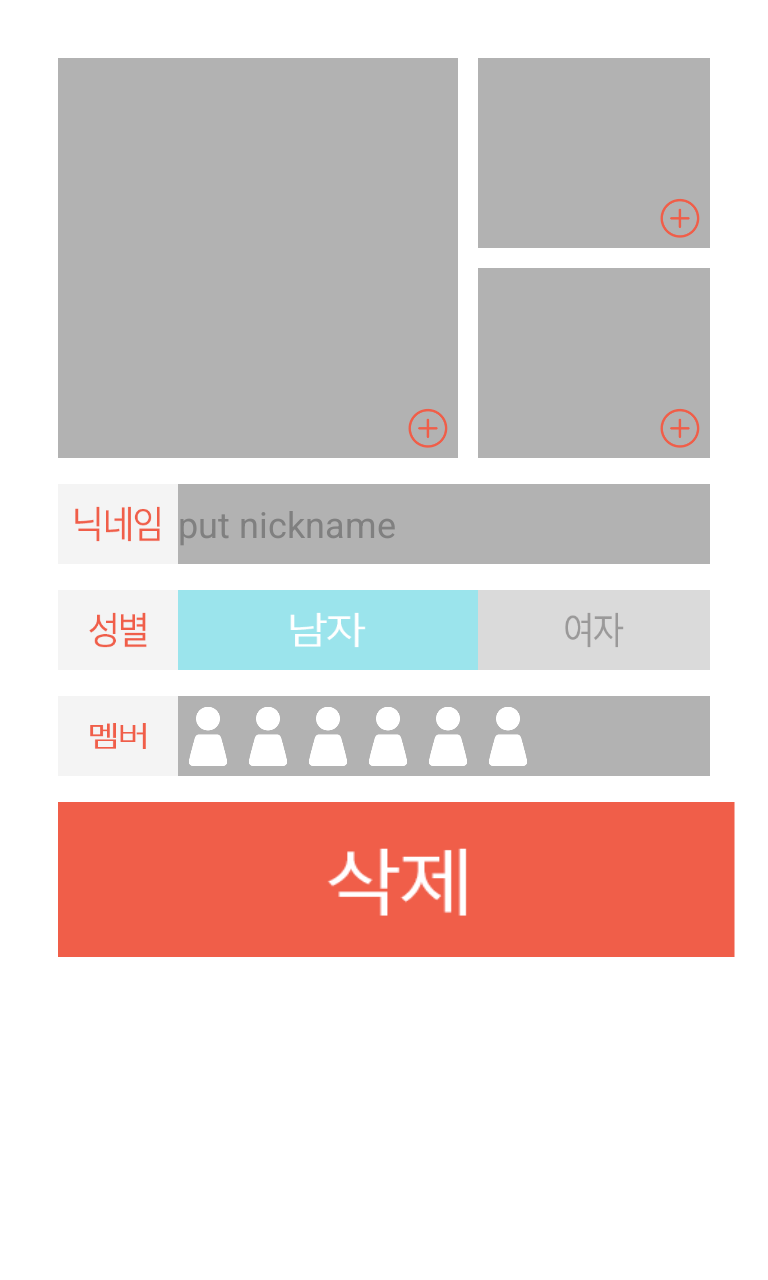
Repository: dokwon/mingle_final_client
Layout: mingle/res/layout/activity_main.xml
The author's editor kept a copy of each file at every save. The layout is drawn from the files as they stood at one save, then again after the next save.
It is drawn on a 768 x 1280 px phone screen (xhdpi) without system bars, with theme ProfileTheme; the app's code is not run. The app's manifest (not shown) leaves right-to-left support off. So textAlignment, textDirection and layoutDirection are ignored, and left and right values win over start and end ones.

Above is the layout before, as saved 2014-08-04 06:23:03.

### mingle/res/layout/activity_main.xml
<?xml version="1.0"?>

<RelativeLayout
  tools:context=".MainActivity"
  android:paddingBottom="@dimen/activity_vertical_margin"
  android:paddingTop="@dimen/activity_vertical_margin"
  android:paddingRight="@dimen/activity_horizontal_margin"
  android:paddingLeft="@dimen/activity_horizontal_margin"
  android:layout_height="match_parent"
  android:layout_width="match_parent"
  android:background="@color/titlebackgroundcolor"
  xmlns:tools="http://schemas.android.com/tools"
  xmlns:android="http://schemas.android.com/apk/res/android">

    <RelativeLayout
      android:id="@+id/center_wrapper"
	  android:layout_height="wrap_content"
	  android:layout_width="wrap_content"
	  android:background="@color/trans"
	  android:layout_centerInParent="true" />



	<!--

	+++++	PHOTO VIEWS   +++++

							-->
	<ImageView
	    android:id="@+id/photoView1"
	    android:layout_height="@dimen/photo_view_size"
	    android:layout_width="@dimen/photo_view_size"
	    android:layout_marginLeft="@dimen/option_margin"
	    android:layout_marginTop="@dimen/option_margin"
	    android:layout_alignParentStart="true"
	    android:layout_alignParentLeft="true"
	    android:theme="@style/PictureViewTheme"
	    android:cropToPadding="true"
	    android:contentDescription="@string/photo_description"
	    android:background="@color/photobackgroundcolor"
	    android:longClickable="false"
	    android:clickable="true" />

	<ImageView
	    android:id="@+id/photoView2"
	    android:layout_width="wrap_content"
	    android:layout_height="95dp"
	    android:layout_alignTop="@+id/photoView1"
	    android:layout_alignParentRight="true"
	    android:layout_marginRight="@dimen/option_margin"
	    android:layout_marginLeft="@dimen/photo_margin"
	    android:layout_toRightOf="@+id/photoView1"
	    android:adjustViewBounds="false"
	    android:background="@color/photobackgroundcolor"
	    android:baselineAlignBottom="false"
	    android:clickable="true"
	    android:contentDescription="@string/photo_description"
	    android:cropToPadding="true"
	    android:longClickable="false" />
	<ImageView
	    android:id="@+id/photoView3"
	    android:layout_height="wrap_content"
	    android:layout_width="wrap_content"
	    android:background="@color/photobackgroundcolor"
	    android:cropToPadding="true"
	    android:contentDescription="@string/photo_description"
	    android:clickable="true"
	    android:longClickable="false"
	    android:layout_alignRight="@+id/photoView2"
	    android:layout_alignBottom="@+id/photoView1"
	    android:layout_alignStart="@+id/photoView2"
	    android:layout_alignLeft="@+id/photoView2"
	    android:layout_below="@+id/photoView2"
	    android:layout_marginTop="@dimen/photo_margin"/>


	<!--

	+++++	ADD BUTTONS   +++++

							-->
	<ImageView
	    android:layout_height="20dp"
	    android:layout_width="20dp"
	    android:layout_marginRight="5dp"
	    android:layout_marginBottom="5dp"
	    android:layout_alignRight="@+id/photoView1"
	    android:layout_alignBottom="@+id/photoView1"
	    android:cropToPadding="true"
	    android:contentDescription="@string/erase_button_description"
	    android:background="@drawable/photo_plus"
	    android:longClickable="true"
	    android:id="@+id/add1"/>
	<ImageView
	    android:layout_height="20dp"
	    android:layout_width="20dp"
	    android:layout_marginRight="5dp"
	    android:layout_marginBottom="5dp"
	    android:layout_alignRight="@+id/photoView2"
	    android:layout_alignBottom="@+id/photoView2"
	    android:cropToPadding="true"
	    android:contentDescription="@string/erase_button_description"
	    android:background="@drawable/photo_plus"
	    android:longClickable="true"
	    android:id="@+id/add2"/>
	<ImageView
	    android:layout_height="20dp"
	    android:layout_width="20dp"
	    android:layout_marginRight="5dp"
	    android:layout_marginBottom="5dp"
	    android:layout_alignRight="@+id/photoView3"
	    android:layout_alignBottom="@+id/photoView3"
	    android:cropToPadding="true"
	    android:contentDescription="@string/erase_button_description"
	    android:background="@drawable/photo_plus"
	    android:longClickable="true"
	    android:id="@+id/add3"/>

	<!--

	+++++	NICKNAME  +++++

							-->

	<ImageView
	    android:id="@+id/nicknamelabel"
	    android:layout_width="@dimen/option_label_width"
	    android:layout_height="@dimen/option_label_height"
	    android:background="@drawable/nickname"
	    android:cropToPadding="true"
	    android:contentDescription="@string/photo_description"
	    android:longClickable="false"
	    android:layout_alignStart="@+id/photoView1"
	    android:layout_alignLeft="@+id/photoView1"
	    android:layout_below="@+id/photoView1"
	    android:layout_marginTop="@dimen/option_margin"/>

	<EditText
	    android:id="@+id/nicknameTextView"
	    android:layout_alignRight="@+id/photoView3"
	    android:layout_alignTop="@+id/nicknamelabel"
	    android:layout_alignBottom="@+id/nicknamelabel"
	    android:layout_toRightOf="@+id/nicknamelabel"
	    android:layout_width="wrap_content"
	    android:layout_height="wrap_content"
	    android:background="@color/photobackgroundcolor"
	    android:hint="@string/nickname_placeholder"
	    android:textAppearance="?android:attr/textAppearanceMedium"
	    android:imeActionLabel="@string/launch"
	    android:maxLength="10" />

	<!--

	+++++	SEX CHOICE   +++++

							-->

	<ImageView
	    android:layout_width="@dimen/option_label_width"
	    android:layout_height="@dimen/option_label_height"
	    android:background="@drawable/genderchoice"
	    android:cropToPadding="true"
	    android:contentDescription="@string/photo_description"
	    android:longClickable="false"
	    android:layout_alignStart="@+id/photoView1"
	    android:layout_alignLeft="@+id/photoView1"
	    android:layout_below="@+id/nicknamelabel"
	    android:id="@+id/sexlabel"
	    android:layout_marginTop="@dimen/option_margin"/>

	<Button
	    android:layout_height="wrap_content"
	    android:layout_width="wrap_content"
	    android:id="@+id/manbutton"
	    android:layout_centerHorizontal="true"
	    android:background="@drawable/genderchoice_man"
	    android:layout_alignTop="@+id/sexlabel"
	    android:layout_alignBottom="@+id/sexlabel"
	    android:layout_toRightOf="@+id/sexlabel"
	    android:layout_toLeftOf="@+id/photoView3"
	    android:onClick="SexOptionChanged"/>

	<Button
	    android:layout_height="wrap_content"
	    android:layout_width="wrap_content"
	    android:id="@+id/womanbutton"
	    android:layout_centerHorizontal="true"
	    android:background="@drawable/genderchoice_notwoman"
	    android:layout_alignTop="@+id/sexlabel"
	    android:layout_alignBottom="@+id/sexlabel"
	    android:layout_toRightOf="@+id/manbutton"
	    android:layout_alignRight="@+id/photoView3"
	    android:onClick="SexOptionChanged"/>


	<!--

	+++++	MEMBER NUM   +++++

							-->

	<ImageView
	    android:layout_width="@dimen/option_label_width"
	    android:layout_height="@dimen/option_label_height"
	    android:background="@drawable/member"
	    android:cropToPadding="true"
	    android:contentDescription="@string/photo_description"
	    android:longClickable="false"
	    android:layout_alignStart="@+id/photoView1"
	    android:layout_alignLeft="@+id/photoView1"
	    android:layout_below="@+id/sexlabel"
	    android:id="@+id/memberlabel"
	    android:layout_marginTop="@dimen/option_margin"/>
	<ImageView
	    android:layout_height="wrap_content"
	    android:layout_width="wrap_content"
	    android:id="@+id/member_background"
	    android:background="@color/photobackgroundcolor"
	    android:layout_alignTop="@+id/memberlabel"
	    android:layout_alignBottom="@+id/memberlabel"
	    android:contentDescription="@string/photo_description"
	    android:layout_toRightOf="@+id/memberlabel"
	    android:layout_alignRight="@+id/photoView3"/>
	<Button
	    android:layout_height="wrap_content"
	    android:layout_width="@dimen/member_icon_width"
	    android:id="@+id/member_1"
	    android:background="@drawable/peoplenumberpicon"
	    android:layout_alignTop="@+id/memberlabel"
	    android:layout_alignBottom="@+id/memberlabel"
	    android:layout_toRightOf="@+id/memberlabel"
	    android:layout_margin="@dimen/small_margin"
	    android:onClick="MemberNumberSelected"/>

	<Button
	    android:layout_height="wrap_content"
	    android:layout_width="@dimen/member_icon_width"
	    android:id="@+id/member_2"
	    android:background="@drawable/peoplenumberpicon"
	    android:layout_alignTop="@+id/memberlabel"
	    android:layout_alignBottom="@+id/memberlabel"
	    android:layout_toRightOf="@+id/member_1"
	    android:layout_margin="@dimen/small_margin"
	    android:onClick="MemberNumberSelected"/>
	<Button
	    android:layout_height="wrap_content"
	    android:layout_width="@dimen/member_icon_width"
	    android:id="@+id/member_3"
	    android:background="@drawable/peoplenumberpicon"
	    android:layout_alignTop="@+id/memberlabel"
	    android:layout_alignBottom="@+id/memberlabel"
	    android:layout_toRightOf="@+id/member_2"
	    android:layout_margin="@dimen/small_margin"
	    android:onClick="MemberNumberSelected"/>
	<Button
	    android:layout_height="wrap_content"
	    android:layout_width="@dimen/member_icon_width"
	    android:id="@+id/member_4"
	    android:background="@drawable/peoplenumberpicon"
	    android:layout_alignTop="@+id/memberlabel"
	    android:layout_alignBottom="@+id/memberlabel"
	    android:layout_toRightOf="@+id/member_3"
	    android:layout_margin="@dimen/small_margin"
	    android:onClick="MemberNumberSelected"/>
	<Button
	    android:layout_height="wrap_content"
	    android:layout_width="@dimen/member_icon_width"
	    android:id="@+id/member_5"
	    android:background="@drawable/peoplenumberpicon"
	    android:layout_alignTop="@+id/memberlabel"
	    android:layout_alignBottom="@+id/memberlabel"
	    android:layout_toRightOf="@+id/member_4"
	    android:layout_margin="@dimen/small_margin"
	    android:onClick="MemberNumberSelected"/>
	<Button
	    android:layout_height="wrap_content"
	    android:layout_width="@dimen/member_icon_width"
	    android:id="@+id/member_6"
	    android:background="@drawable/peoplenumberpicon"
	    android:layout_alignTop="@+id/memberlabel"
	    android:layout_alignBottom="@+id/memberlabel"
	    android:layout_toRightOf="@+id/member_5"
	    android:layout_margin="@dimen/small_margin"
	    android:onClick="MemberNumberSelected"/>




	<Button
	    android:layout_height="wrap_content"
	    android:layout_width="match_parent"
	    android:id="@+id/delete_button"
	    android:layout_alignLeft="@+id/photoView1"

	    android:layout_below="@+id/memberlabel"
	    android:layout_marginTop="@dimen/option_margin"
	    android:background="@drawable/deleteall"
	    android:onClick="userCreateButtonPressed"/>

	<Button
	    android:layout_height="wrap_content"
	    android:layout_width="wrap_content"
	    android:id="@+id/enter_button"
	    android:layout_alignRight="@+id/photoView3"
	   	android:layout_toRightOf="@+id/delete_button"
	    android:layout_alignTop="@+id/delete_button"
	    android:layout_marginLeft="@dimen/option_margin"
	    android:background="@drawable/enter"
	    android:onClick="userCreateButtonPressed"/>


</RelativeLayout>

### mingle/res/values/styles.xml
<resources>

    <!--
        Base application theme, dependent on API level. This theme is replaced
        by AppBaseTheme from res/values-vXX/styles.xml on newer devices.
    -->
    <style name="AppBaseTheme" parent="android:Theme.Light">
        <!--
            Theme customizations available in newer API levels can go in
            res/values-vXX/styles.xml, while customizations related to
            backward-compatibility can go here.
        -->
    </style>

    <!-- Application theme. -->
    <style name="AppTheme" parent="AppBaseTheme">
        <!-- All customizations that are NOT specific to a particular API-level can go here. -->
    </style>

    <!--  Title Bar Theme -->
    <style name="ProfileTheme" parent="android:Theme.Light">
        <item name="android:windowTitleSize">@dimen/title_bar_height</item>
        <item name="android:windowTitleBackgroundStyle">@style/WindowTitleBackground</item>
	</style>



    <!--  Chat Room Theme -->
	<style name="ChatRoomTheme" parent="android:Theme.Light">
        <item name="android:windowTitleSize">50dp</item>
        <item name="android:windowTitleBackgroundStyle">@style/WindowTitleBackground</item>
	</style>

	<!--  Photo View Theme -->
	<style name="PictureViewTheme">

    	<item name="android:background">#FFEAEAEA</item>
	</style>

    <style name="WindowTitleBackground">
        <item name="android:background">@color/titlebackgroundcolor</item>
    </style>

    <!--  Swipe list view theme -->
	<style name="MyListBackContent">
       <item name="android:layout_width">fill_parent</item>
       <item name="android:layout_height">fill_parent</item>
       <item name="android:background">@drawable/background_back</item>
       <item name="android:gravity">right</item>
   </style>

   <style name="MyListFrontContent">
       <item name="android:layout_width">fill_parent</item>
       <item name="android:layout_height">fill_parent</item>
       <item name="android:background">@drawable/background_front</item>
       <item name="android:padding">8dp</item>
   </style>

     <style name="MyListButtonAction">
       <item name="android:layout_margin">5dp</item>
         <item name="android:layout_width">80dp</item>
       <item name="android:layout_height">30dp</item>

   </style>

     <style name="UserListImage">
       <item name="android:layout_width">180dp</item>
       <item name="android:layout_height">180dp</item>
       <item name="android:scaleGravity">fill</item>
       <item name="android:layout_marginRight">8dp</item>
   </style>

     <style name="ChatRoomImage">
       <item name="android:layout_width">67dp</item>
       <item name="android:layout_height">67dp</item>
       <item name="android:scaleGravity">fill</item>
       <item name="android:layout_marginRight">8dp</item>
   </style>

   <style name="MyListTitle">
       <item name="android:paddingBottom">8dp</item>
       <item name="android:textSize">17sp</item>
       <item name="android:textStyle">bold</item>
       <item name="android:maxLines">2</item>
       <item name="android:ellipsize">end</item>
   </style>
</resources>

### mingle/res/values/colors.xml
<?xml version="1.0" encoding="UTF-8"?>

<resources>

	<color name="titlebackgroundcolor">#FFFFFFFF</color>

	<color name="photobackgroundcolor">#B2B2B2</color>

	<color name="trans">#000000</color>
	<color name="light_gray">#eee9e9</color>
	<color name="white_gray">#FFF2F2F2</color>
	<color name="black">#FF000000</color>
	<color name="white">#FFFFFFFF</color>
	<color name="actionbar_gray">#F1F1F1</color>

	<color name="mingle_button_green">#e3e97d</color>

	<color name="mingle_button_red">#f05e49</color>

	<color name="gold">#F0C500</color>
	<color name="silver">#C0C0C0</color>
	<color name="bronze">#CD7F32</color>
	<color name="dark_gray">#4C4C4C</color>

</resources>

### mingle/res/values/strings.xml
<?xml version="1.0" encoding="utf-8"?>
<resources>

    <string name="app_name">mingle</string>
    <string name="title_section1">Section 1</string>
    <string name="title_section2">Section 2</string>
    <string name="title_section3">Section 3</string>
    <string name="action_settings">Personal Settings</string>
    <string name="hello_world">Hello world!</string>
    <string name="title_activity_hunt">HuntActivity</string>
    <string name="title_activity_chatroom">ChatroomActivity</string>
    <string name="title_activity_chat_room">ChatRoomActivity</string>
    <string name="tab1title">Top</string>
    <string name="tab2title">All</string>
    <string name="tab3title">Mingling</string>
    <string name="tab4title">Setting</string>
    <string name="radio_male">Male</string>
    <string name="radio_female">Female</string>
    <string name="sms"></string>
    <string name="send">send</string>
    <string name="title_activity_setting">SettingActivity</string>
    <string name="title_activity_photo_view">PhotoViewActivity</string>
    <string name="title_activity_profile">ProfileActivity</string>
    <string name="title_activity_region_chatroom">RegionChatroomActivity</string>
    <string name="photo_description">Click to add Photo</string>
	<string name="minge_start_button_string">Mingle</string>
	<string name="erase_button_description">erase photo</string>
	<string name="nickname_placeholder">put nickname</string>
	<string name="launch">launch</string>


</resources>

Loaded but not shown: mingle/res/values/dimens.xml (common file); mingle/res/values-w820dp/dimens.xml (common file)

After the next save:
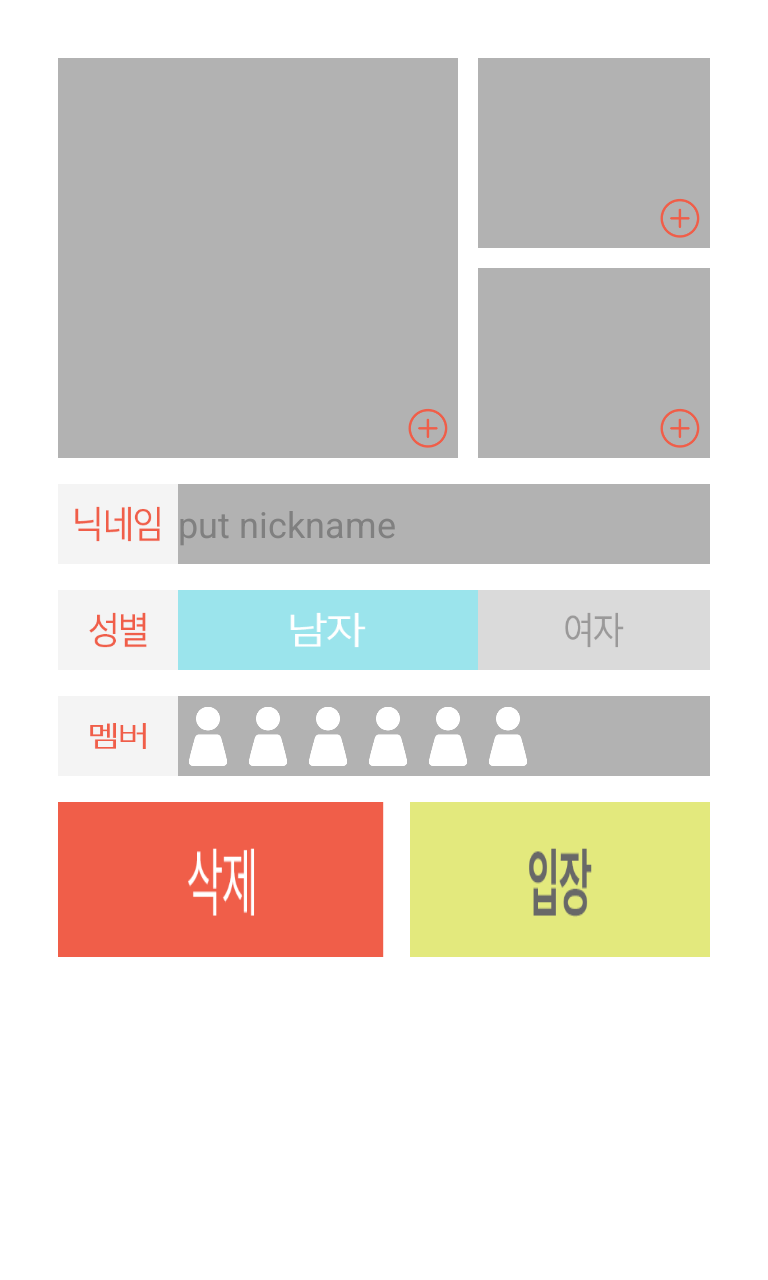
Saved 65 s later.
--- a/mingle/res/layout/activity_main.xml
+++ b/mingle/res/layout/activity_main.xml
@@ -291,7 +291,7 @@
 	    android:layout_width="match_parent"
 	    android:id="@+id/delete_button"
 	    android:layout_alignLeft="@+id/photoView1"
-
+		android:layout_alignRight="@+id/center_wrapper"
 	    android:layout_below="@+id/memberlabel"
 	    android:layout_marginTop="@dimen/option_margin"
 	    android:background="@drawable/deleteall"
